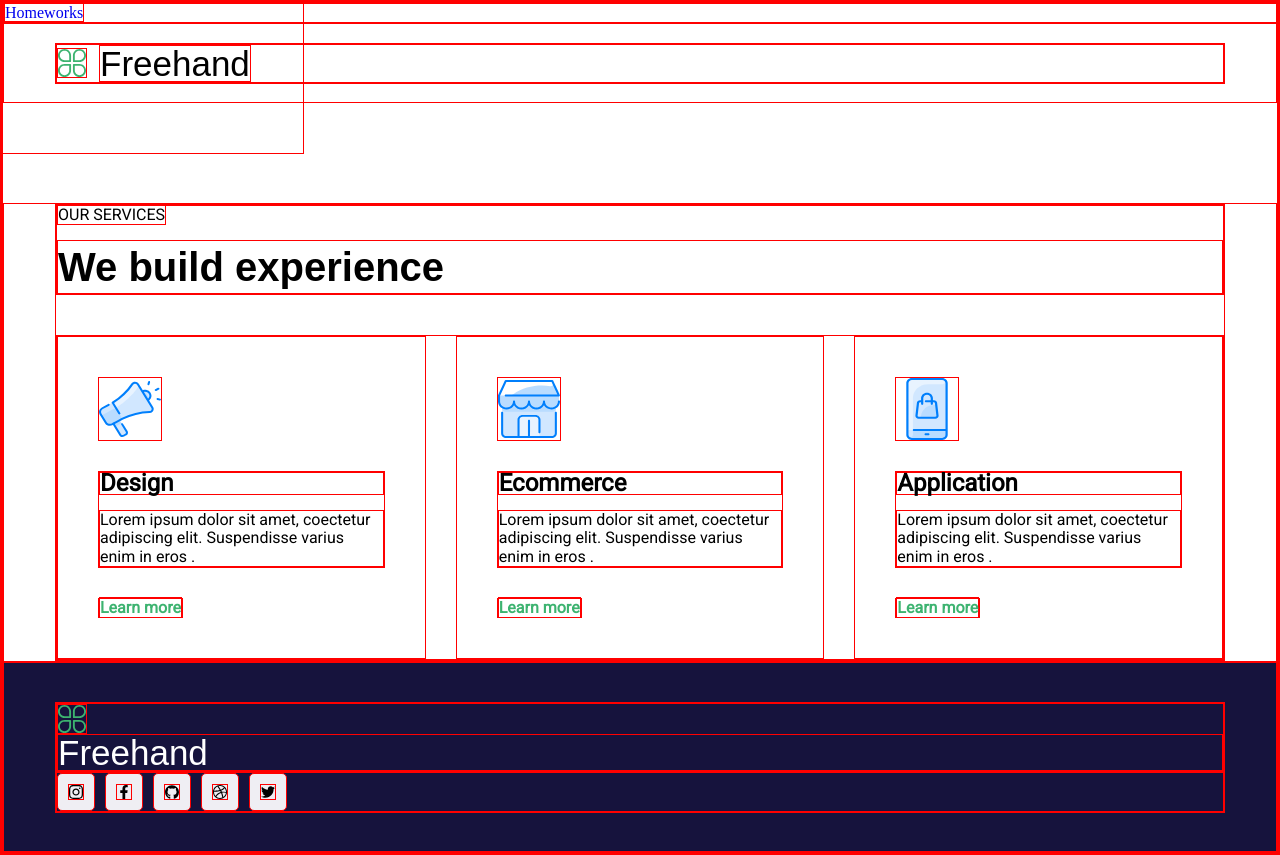
Repository: Tsiniavska/beetroot-test-project
Page: Homeworks/svg/index.html
These files come from the project's save history. The page is drawn as it stood at one moment and after the next save; the edit follows.
The browser window is 1280 px wide. The pictures show the whole page.
Some web fonts or font styles are not loaded; a fallback is used.

Above is the page before, as saved 2024-02-28 22:52:10.

After the next save:
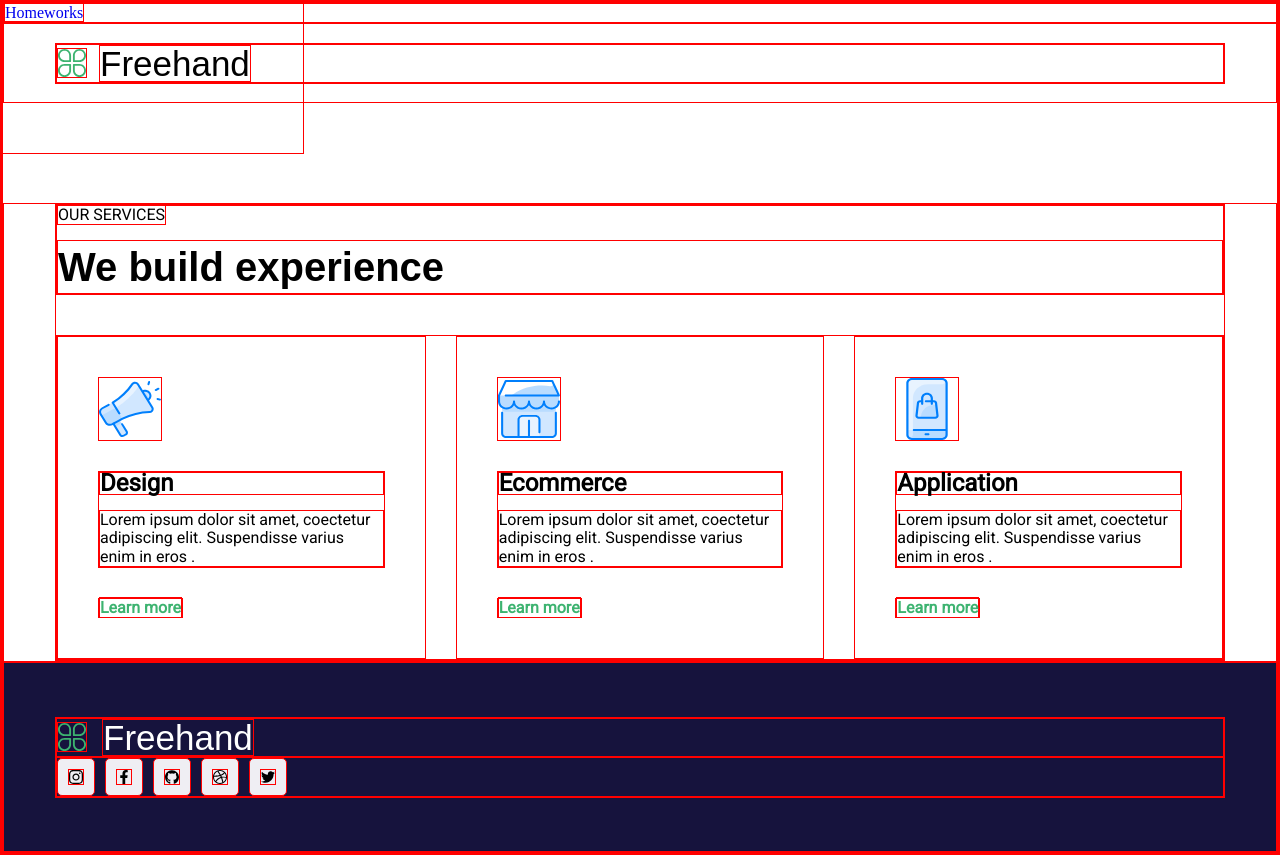
Saved 40 s later.
--- a/Homeworks/svg/index.css
+++ b/Homeworks/svg/index.css
@@ -90,6 +90,9 @@
 }
 
 .footer-logo {
+  display: flex;
+  align-items: center;
+  gap: 15px;
 }
 
 .footer-title {
